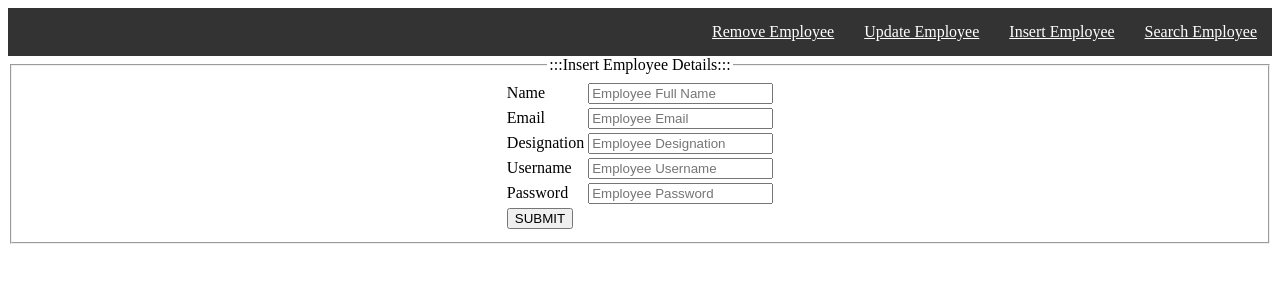
Repository: dannytayade1495/WEJM3
Page: http://localhost/mvcproject1/WEB-INF/views/insertEmployee.jsp
These files come from the project's save history. The page is drawn as it stood at one moment and after the next save; the edit follows.
The browser window is 1280 px wide. The pictures show the whole page.
The page is served by Tomcat 9. Nobody is signed in. Other server files are loaded and not shown. The template is opened directly, without the code that normally fills it, so the values that code supplies are empty.

Above is the page before, as saved 2022-06-02 15:24:22.

### mvcproject1/src/main/webapp/WEB-INF/views/insertEmployee.jsp
<%@ page language="java" contentType="text/html; charset=ISO-8859-1"
	pageEncoding="ISO-8859-1"%>
<jsp:include page="navBar.jsp" />
<!DOCTYPE html>
<html>
<head>
<meta charset="ISO-8859-1">
<title>Employee Management</title>
<style type="text/css">
fieldset table {
	margin: auto;
	text-align: left;
}

fieldset {
	text-align: center;
}
</style>
</head>
<body>
	<fieldset>
		<legend>:::Insert Employee Details:::</legend>
		<form action="">
			<table>
				<tr>
					<td><label>Name</label></td>
					<td><input type="text" name="name"
						placeholder="Employee Full Name"></td>
				</tr>
				<tr>
					<td><label>Email</label></td>
					<td><input type="text" name="email"
						placeholder="Employee Email"></td>
				</tr>
				<tr>
					<td><label>Designation</label></td>
					<td><input type="text" name="designation"
						placeholder="Employee Designation"></td>
				</tr>
				<tr>
					<td><label>Username</label></td>
					<td><input type="text" name="userName"
						placeholder="Employee Username"></td>
				</tr>
				<tr>
					<td><label>Password</label></td>
					<td><input type="text" name="password"
						placeholder="Employee Password"></td>
				</tr>
				<tr style="float: none;">
					<td><input type="submit" value="SUBMIT"></td>
				</tr>
			</table>
		</form>
	</fieldset>
</body>
</html>

### mvcproject1/src/main/webapp/WEB-INF/views/navBar.jsp
<%@ page language="java" contentType="text/html; charset=ISO-8859-1"
	pageEncoding="ISO-8859-1"%>
<!DOCTYPE html>
<html>
<head>

<meta charset="ISO-8859-1">
<title>Employee Management</title>
<style type="text/css">
ul {
	list-style-type: none;
	background-color: black;
	overflow: hidden;
	margin: 0px;
	padding: 0px;
	background-color: #333;
}

ul li {
	align-content: center;
}

li {
	float: right;
}

li a {
	display: block;
	margin: 0px;
	padding: 15px;
}

li a:hover {
	background-color: #111;
}
</style>
</head>
<body>
	<ul>
		<li><a style="color: white;" href="./search">Search Employee</a></li>
		<li><a style="color: white;" href="./insert">Insert Employee</a></li>
		<li><a style="color: white;" href="./update">Update Employee</a></li>
		<li><a style="color: white;" href="./remove">Remove Employee</a></li>
	</ul>
</body>
</html>

After the next save:
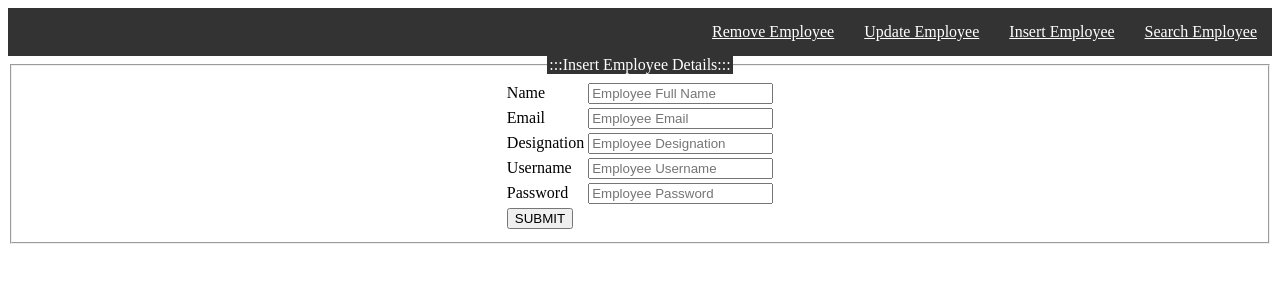
Saved 63 s later.
--- a/mvcproject1/src/main/webapp/WEB-INF/views/insertEmployee.jsp
+++ b/mvcproject1/src/main/webapp/WEB-INF/views/insertEmployee.jsp
@@ -14,6 +14,11 @@ fieldset table {
 
 fieldset {
 	text-align: center;
+}
+
+legend {
+	color: white;
+	background-color: #333;
 }
 </style>
 </head>
